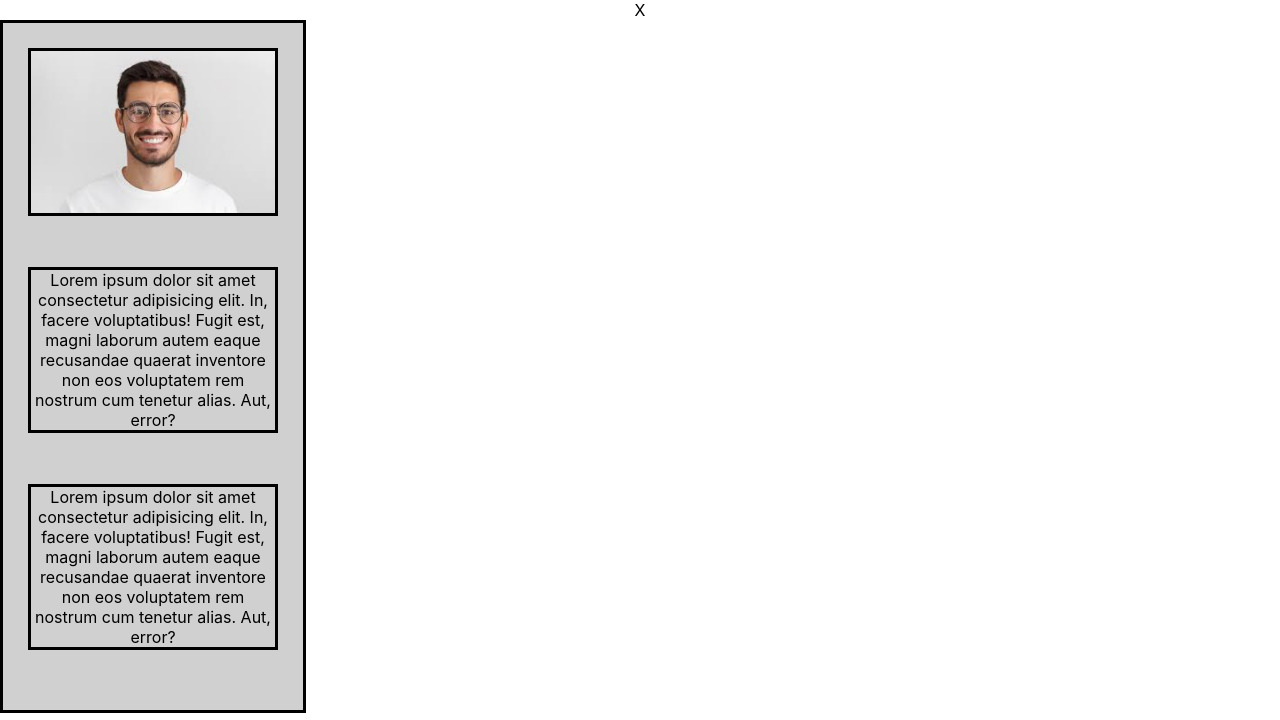
Repository: mikelnorth/team-profile-demo
Page: /
These files come from the project's save history. The page is drawn as it stood at one moment and after the next save; the edit follows.
The browser window is 1280 px wide. The pictures show the whole page.
The project was rebuilt for these pictures with package versions that can differ from the ones it lists, and the page was loaded fresh each time.

Above is the page before, as saved 2022-05-19 18:34:50.

After the next save:
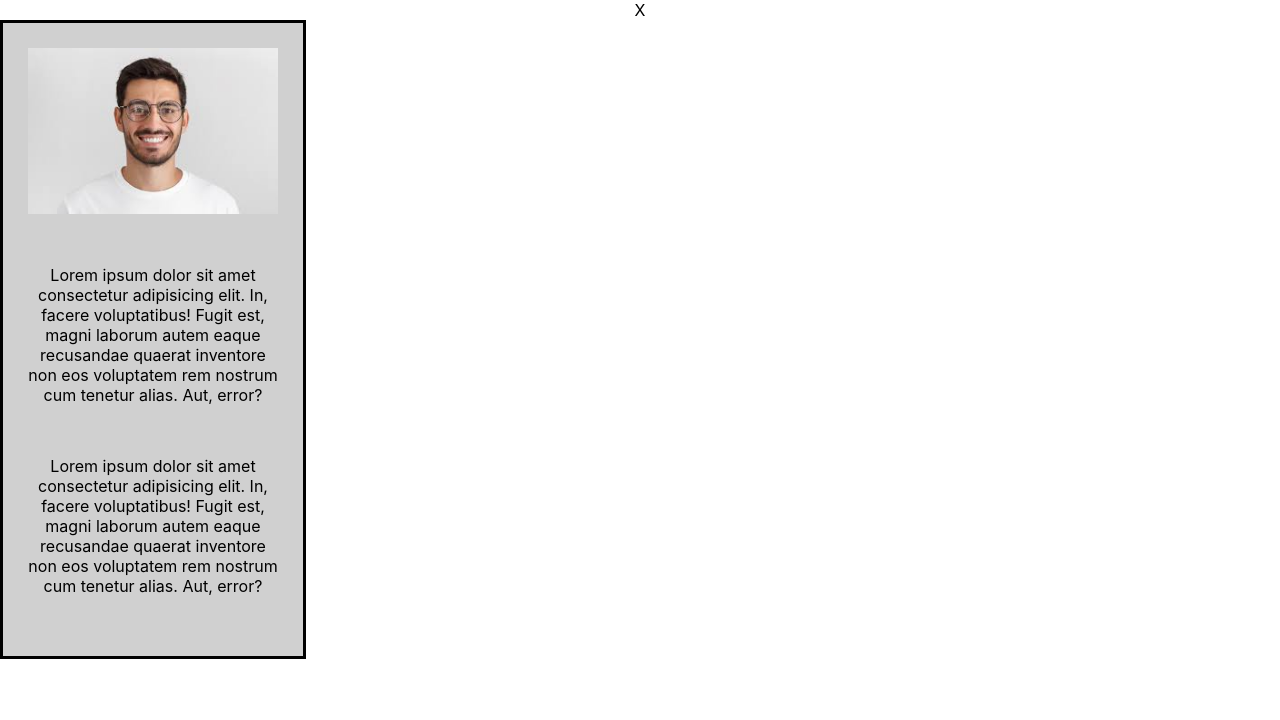
Saved 4 s later.
--- a/src/components/Card.scss
+++ b/src/components/Card.scss
@@ -7,7 +7,7 @@
   border: 3px solid black;
 
   p, img {
-  border: 3px solid black;
+  // border: 3px solid black;
 
     margin-bottom: 35px;
   }
